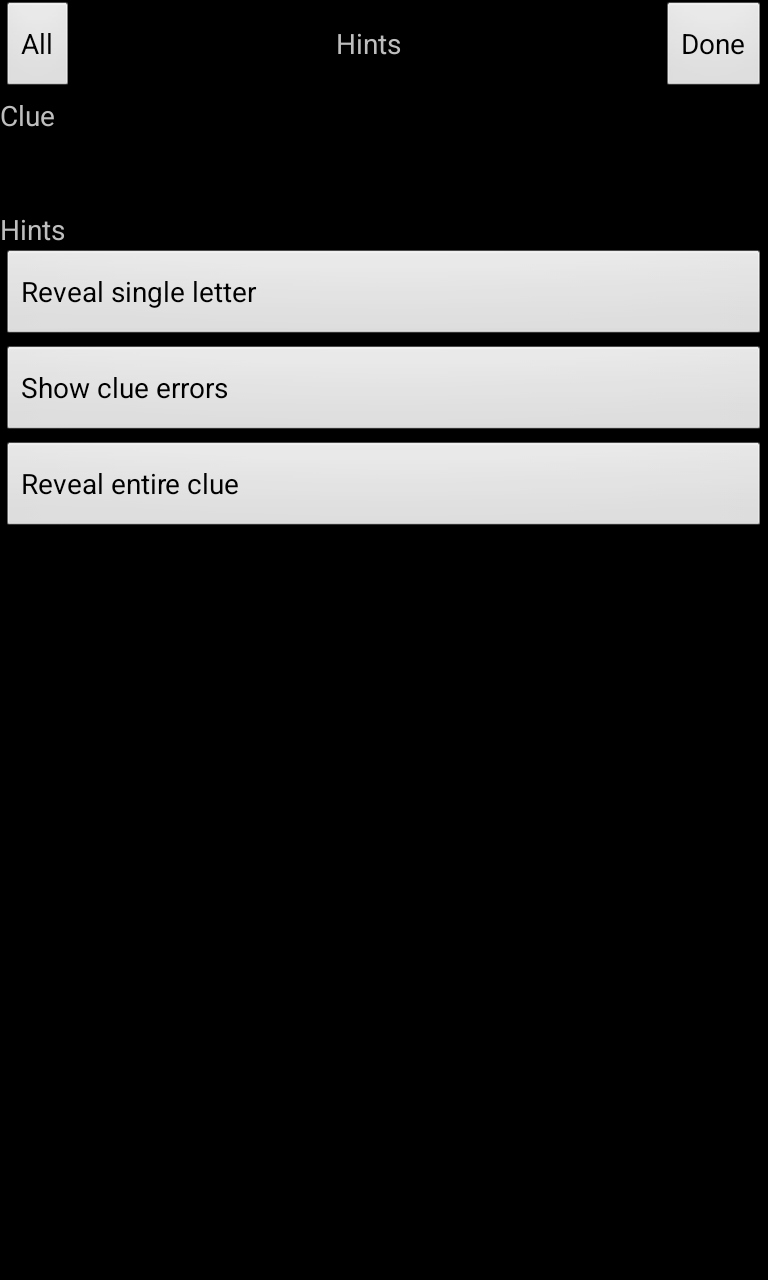
Repository: simplesns/workspace
Layout: eclipse/DEPuzzles/res/layout/crosswordshint.xml
The author's editor kept a copy of each file at every save. The layout is drawn from the files as they stood at one save, then again after the next save.
It is drawn on a 768 x 1280 px phone screen (xhdpi) without system bars, with theme android:Theme; the app's code is not run.

Above is the layout before, as saved 2011-01-29 07:38:01.

### eclipse/DEPuzzles/res/layout/crosswordshint.xml
<?xml version="1.0" encoding="utf-8"?>
<LinearLayout xmlns:android="http://schemas.android.com/apk/res/android"
	android:layout_width="fill_parent" android:layout_height="fill_parent" android:orientation="vertical">
	<LinearLayout android:id="@+id/LinearLayout01"
		android:layout_height="wrap_content" android:layout_width="fill_parent">
		<Button android:id="@+id/Button01" android:layout_width="wrap_content"
			android:layout_height="wrap_content" android:text="All"></Button>
		<TextView android:id="@+id/TextView01" android:layout_width="wrap_content"
			android:layout_height="wrap_content" android:text="Hints"
			android:layout_weight="1" android:gravity="center_horizontal"></TextView>
		<Button android:id="@+id/Button02" android:layout_width="wrap_content"
			android:layout_height="wrap_content" android:text="Done"></Button>
	</LinearLayout>
	<TextView android:id="@+id/TextView02"
		android:layout_width="wrap_content" android:layout_height="wrap_content" android:text="Clue"></TextView>
<TextView android:text="@+id/TextView03" android:id="@+id/TextView03" android:layout_width="wrap_content" android:layout_height="wrap_content"></TextView>
<TextView android:text="@+id/TextView04" android:id="@+id/TextView04" android:layout_width="wrap_content" android:layout_height="wrap_content"></TextView>
<TextView android:id="@+id/TextView05" android:layout_width="wrap_content" android:layout_height="wrap_content" android:text="Hints"></TextView>
<Button android:id="@+id/Button03" android:layout_height="wrap_content" android:text="Reveal single letter" android:layout_width="fill_parent" android:gravity="left|center_vertical"></Button>
<Button android:id="@+id/Button04" android:layout_height="wrap_content" android:text="Show clue errors" android:layout_width="fill_parent" android:gravity="left|center_vertical"></Button>
<Button android:id="@+id/Button05" android:layout_height="wrap_content" android:text="Reveal entire clue" android:layout_width="fill_parent" android:gravity="left|center_vertical"></Button>
<TextView android:text="@+id/TextView06" android:id="@+id/TextView06" android:layout_height="wrap_content" android:layout_width="fill_parent" android:gravity="center_horizontal"></TextView>
</LinearLayout>

After the next save:
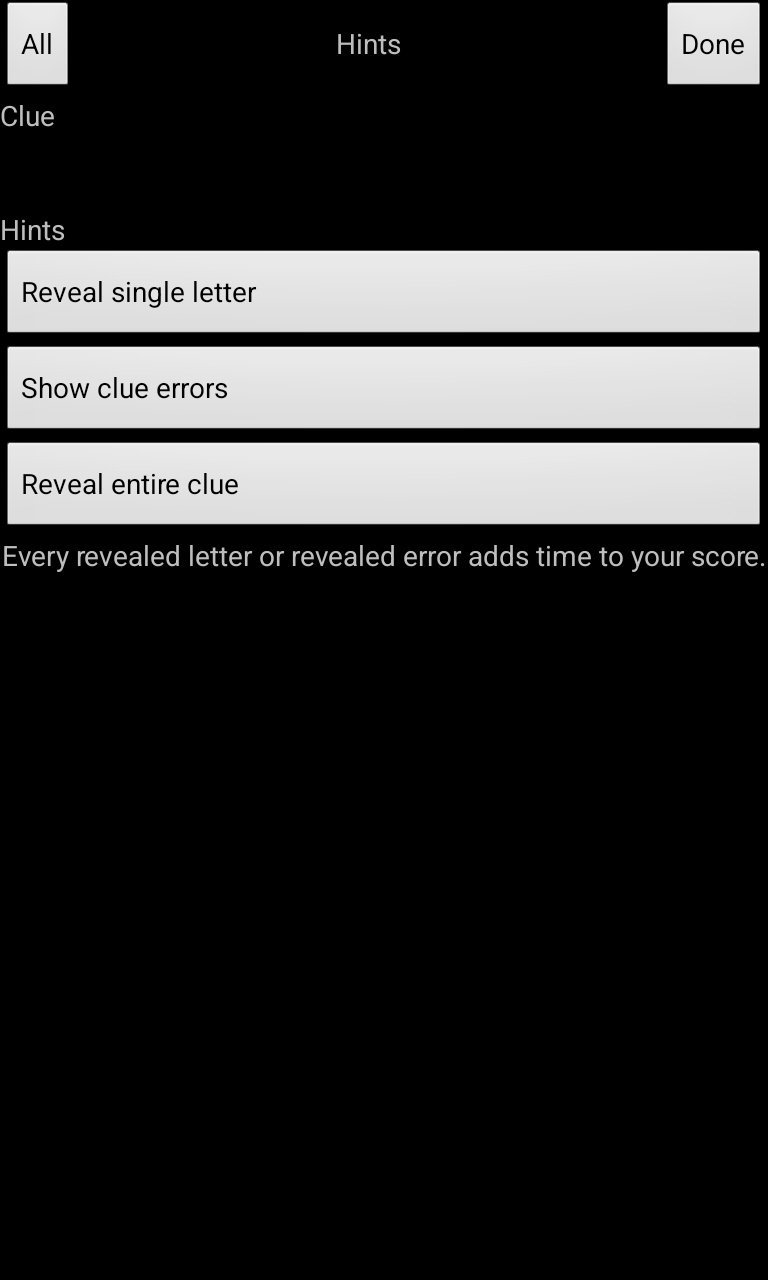
Saved 27 s later.
--- a/eclipse/DEPuzzles/res/layout/crosswordshint.xml
+++ b/eclipse/DEPuzzles/res/layout/crosswordshint.xml
@@ -19,5 +19,5 @@
 <Button android:id="@+id/Button03" android:layout_height="wrap_content" android:text="Reveal single letter" android:layout_width="fill_parent" android:gravity="left|center_vertical"></Button>
 <Button android:id="@+id/Button04" android:layout_height="wrap_content" android:text="Show clue errors" android:layout_width="fill_parent" android:gravity="left|center_vertical"></Button>
 <Button android:id="@+id/Button05" android:layout_height="wrap_content" android:text="Reveal entire clue" android:layout_width="fill_parent" android:gravity="left|center_vertical"></Button>
-<TextView android:text="@+id/TextView06" android:id="@+id/TextView06" android:layout_height="wrap_content" android:layout_width="fill_parent" android:gravity="center_horizontal"></TextView>
+<TextView android:id="@+id/TextView06" android:layout_height="wrap_content" android:layout_width="fill_parent" android:gravity="center_horizontal" android:text="Every revealed letter or revealed error adds time to your score."></TextView>
 </LinearLayout>
